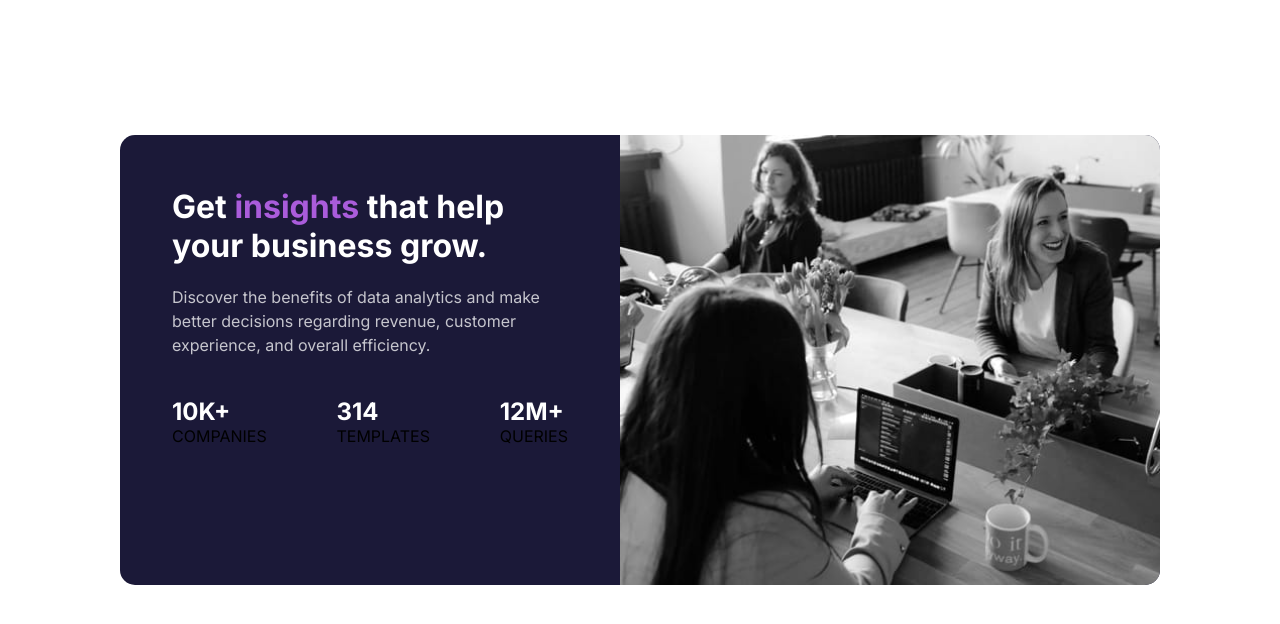
Repository: keisewarsame/stats-preview-frontendmentor
Page: index.html
An editor plug-in stored every save of this project. The page is shown before and after the next save, followed by the edit.
The browser window is 1280 px wide. The pictures show the whole page.

Above is the page before, as saved 2022-07-12 13:03:00.

### index.html
<!DOCTYPE html>
<html lang="en">
<head>
  <meta charset="UTF-8">
  <meta name="viewport" content="width=device-width, initial-scale=1.0"> <!-- displays site properly based on user's device -->
  <link rel="icon" type="image/png" sizes="32x32" href="./images/favicon-32x32.png">
  <link rel="stylesheet" href="styles.css">
  <title>Frontend Mentor | Stats preview card component</title>
</head>
<body>
    <div class="container">
        <div class="wrapper">
            <div class="text-component">
                <h1 class="title">Get <span>insights</span> that help your business grow.</h1>
                <p class="subtitle">Discover the benefits of data analytics and make better decisions regarding revenue, customer experience, and overall efficiency.</p>
                <div class="stats-component">
                    <div>
                        <p class="num">10K+</p>
                        <p class="stats-sub">Companies</p>
                    </div>
                    <div>
                        <p class="num">314</p>
                        <p class="stats-sub">Templates</p>
                    </div>
                    <div>
                        <p class="num">12M+</p>
                        <p class="stats-sub">Queries</p>
                    </div>
                </div>
            </div>
            <div class="image-component">
                <img src="/images/image-header-desktop.jpg" alt="">
            </div>
        </div>
    </div>
</body>
</html>

### styles.css
@import url('https://fonts.googleapis.com/css2?family=Inter:wght@400;700&family=Lexend+Deca&display=swap');

* {
    margin: 0;
    padding: 0;
}

body {
    display: flex;
    align-items: center;
    min-height: 100vh;
}

.container {
    margin: 0 auto;
    max-width: 1040px;
}

.wrapper {
    background-color: hsl(244, 38%, 16%);
    display: flex;
    border-radius: 15px;
    overflow: hidden;
}

.text-component {
    padding: 5%;
    font-family: 'Inter', sans-serif;
}

.title {
    color: hsl(0, 0%, 100%);
    margin-bottom: 20px;
    font-weight: 700;
}

.title span {
    color: hsl(277, 64%, 61%)
}

.subtitle {
    color: hsla(0, 0%, 100%, 0.75);
    margin-bottom: 40px;
    line-height: 1.5;
}

.stats-component {
    display: flex;
    justify-content: space-between;
}

.num {
    color: hsl(0, 0%, 100%);
    font-weight: 700;
    font-size: 24px;
}

.stats-sub {
    text-transform: uppercase;
}





img {
    height: 100%;
}

After the next save:
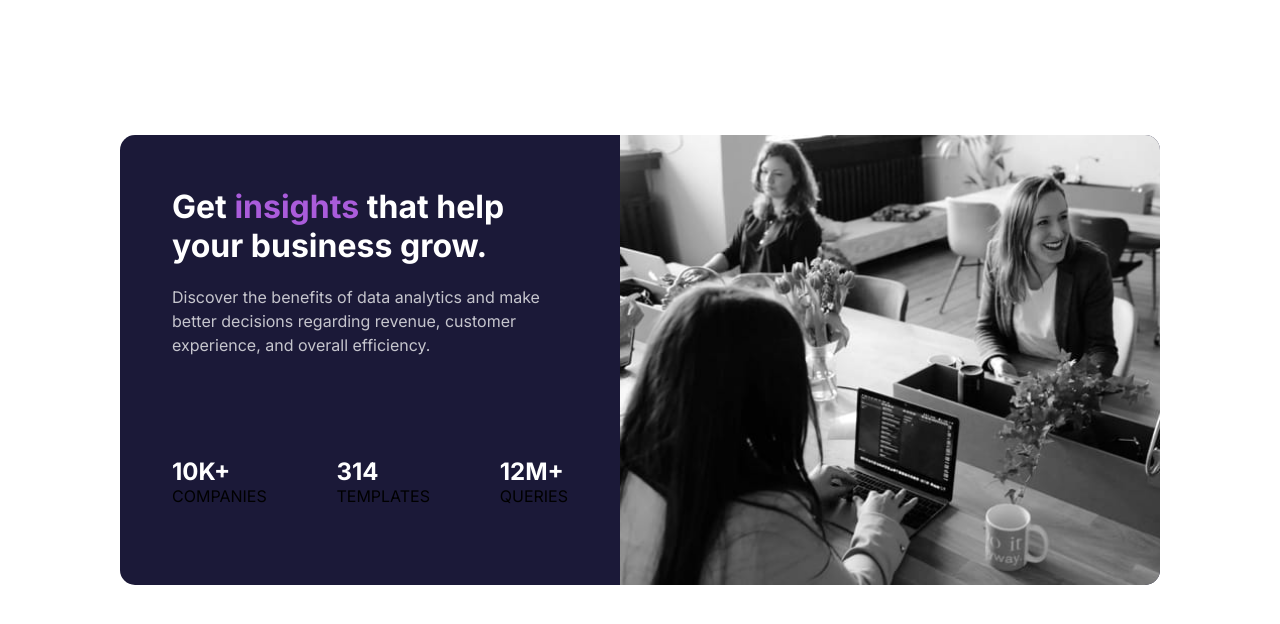
Saved 37 s later.
--- a/styles.css
+++ b/styles.css
@@ -47,6 +47,7 @@ body {
 .stats-component {
     display: flex;
     justify-content: space-between;
+    padding-top: 60px;
 }
 
 .num {
